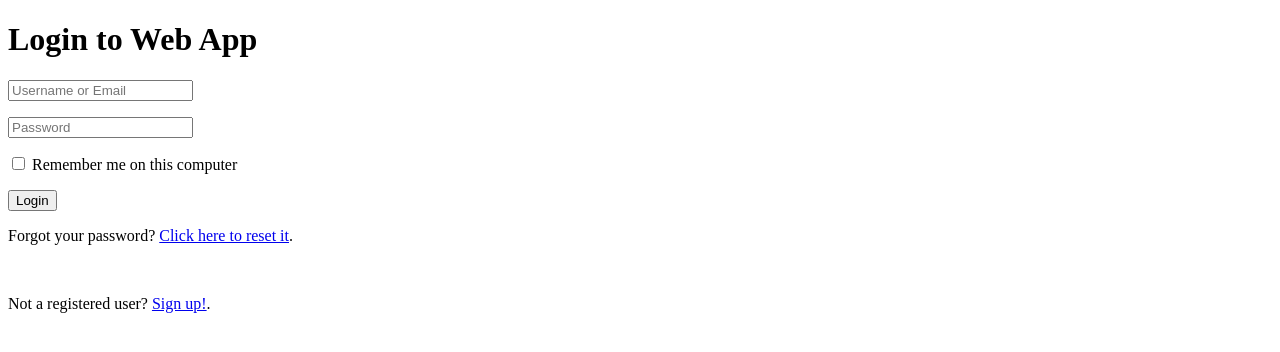
Repository: feefifofannie/SapientNitroTraining
Page: WebProject/WebContent/PortalExercise/login.html
These files come from the project's save history. The page is drawn as it stood at one moment and after the next save; the edit follows.
The browser window is 1280 px wide. The pictures show the whole page.

Above is the page before, as saved 2015-09-15 08:57:15.

### WebProject/WebContent/PortalExercise/login.html
<!DOCTYPE html>
<html>
<head>
<meta charset="ISO-8859-1">
<title>Insert title here</title>
</head>
<body>
      <h1>Login to Web App</h1>
      <form method="post" action="index.html">
        <p><input type="text" name="login" value="" placeholder="Username or Email"></p>
        <p><input type="password" name="password" value="" placeholder="Password"></p>
        <p class="remember_me">
          <label>
            <input type="checkbox" name="remember_me" id="remember_me">
            Remember me on this computer
          </label>
        </p>
        <p class="submit"><input type="submit" name="commit" value="Login" ></p>
      </form>

      <p>Forgot your password? <a href="passwordreset.html">Click here to reset it</a>.</p> <br>
      <p>Not a registered user? <a href="signup.html">Sign up!</a>.</p>
</body>
</html>

After the next save:
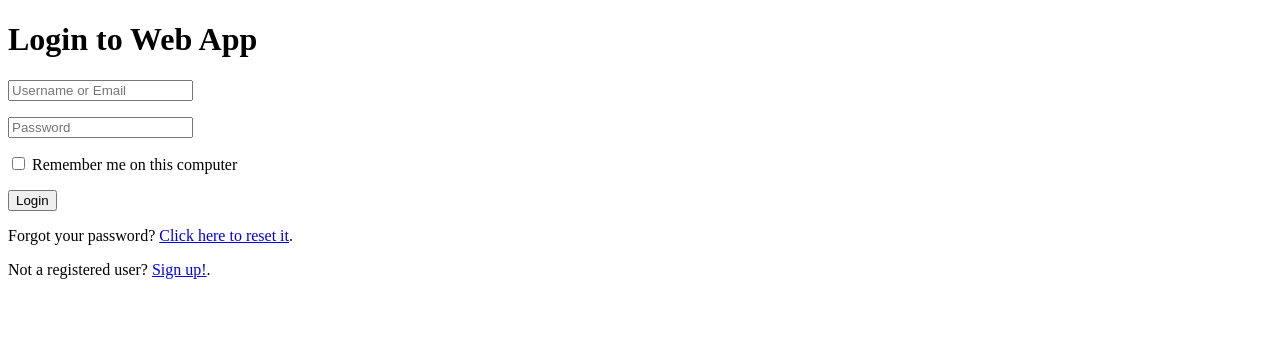
Saved 25 s later.
--- a/WebProject/WebContent/PortalExercise/login.html
+++ b/WebProject/WebContent/PortalExercise/login.html
@@ -18,7 +18,7 @@
         <p class="submit"><input type="submit" name="commit" value="Login" ></p>
       </form>
 
-      <p>Forgot your password? <a href="passwordreset.html">Click here to reset it</a>.</p> <br>
+      <p>Forgot your password? <a href="passwordreset.html">Click here to reset it</a>.</p>
       <p>Not a registered user? <a href="signup.html">Sign up!</a>.</p>
 </body>
 </html>
